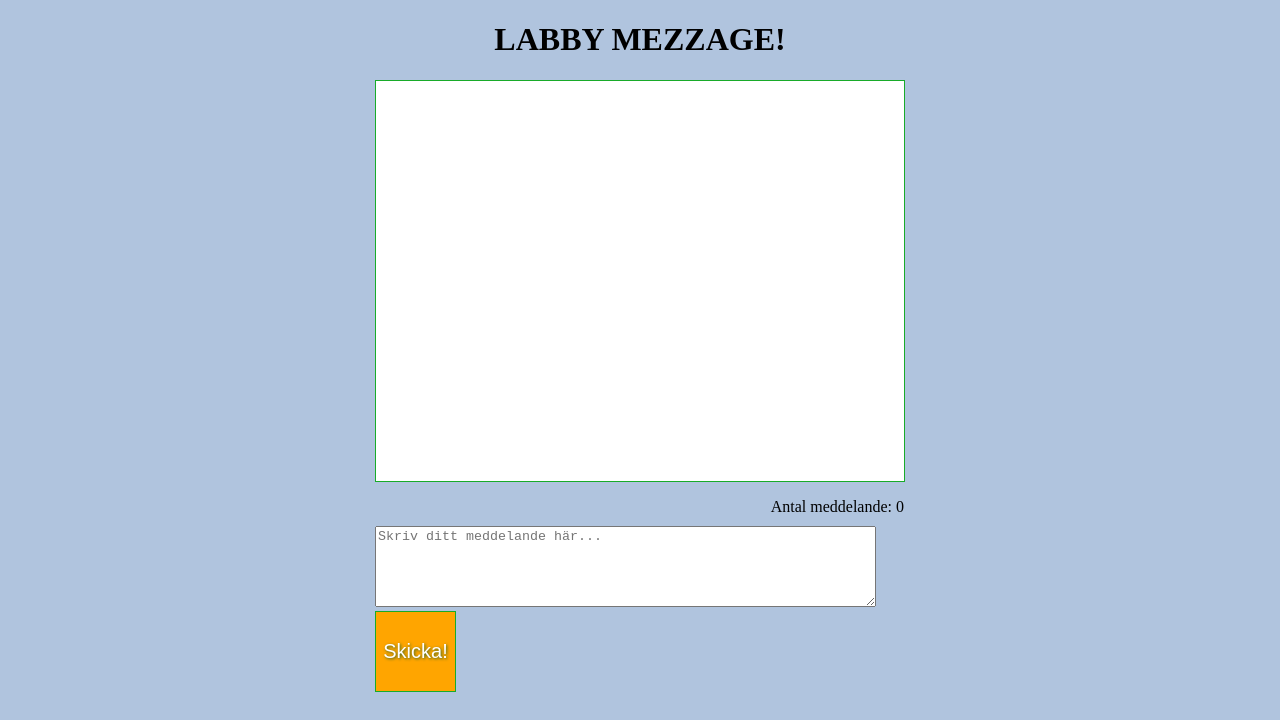
Repository: al223gv/1dv403-al223gv-laborationer
Page: 2-labbymezzage/index.html
The author's editor kept a record of every edit. The page is drawn from the files as they stood at one moment, then again after the next edit.
The browser window is 1280 px wide. The pictures show the whole page.

Above is the page before.

### 2-labbymezzage/index.html
<!DOCTYPE html>
<html lang="sv">
<head>
	<meta charset="UTF-8">
    <title>Labby mezzage</title>
	<link rel="stylesheet" href="css/style.css">
	<script type="text/javascript" src="Message.js"></script>
	<script type="text/javascript" src="MessageBoard.js"></script>
	<script type="text/javascript" src="Javascript.js"></script>
</head>
    <body>
    	<div id="box-container">
    <h1>LABBY MEZZAGE!</h1>
	           <div id="history-box">

	           </div>
	           <p id="uniqueMessage">Antal meddelande: 0</p>

	          <div id="message-box">
    		  <textarea id="text_inlagg" rows="5" cols="60" placeholder="Skriv ditt meddelande här..."></textarea>
		      <input id="button" type="submit" value="Skicka!">
		      </div>
		      </div>
    </body>
</html>

### 2-labbymezzage/css/style.css
body {
    max-width:530px;
    margin:auto;
    background-color: #b0c4de;
}

#Box-container {
    background-color:white;
    width: 700px;
    height: 500px;
    margin:auto;
    margin-top:100px;


}
body h1{
    text-align:center;
}

#history-box{
    background-color:white;
    width:528px;
    height:400px;
    margin-bottom:10px;
    margin-left: auto;
    margin-right: auto;
    border: 1px solid #18ab29;
    overflow-y: scroll;
    overflow-x:hidden;
}
#message-box{
    position:relative;
    display: block;
    height:80px;
    margin-left: auto;
    margin-right: auto;
}

#button {
	vertical-align: top;
	height: 81px;
	width: 81px;
	background-color: orange;
	border: 1px solid #18ab29;
	cursor: pointer;
	color: #ffffff;
	font-family: arial;
	font-size: 20px;
	text-decoration: none;
	text-shadow: 1px 1px 3px #2f6627;
}
#history-box p{
    float:left;
    width:75%;
    border-radius: 15px;
    padding:10px;
    background-color:#7CFC00;
}
#history-box div{
    margin:10px;
}
#history-box img{
    float:left;
    margin-top:15px;
    margin-left:10px;
}
#uniqueMessage{
    width:528px;
    text-align:right;
    margin-bottom:10px;
    margin-left: auto;
    margin-right: auto;
}
.timePara{
    color:gray;
    text-align:;
}

### 2-labbymezzage/Message.js
"use strict";
function Message(message, date){

    this.getText = function(){
        return message;
    };

    this.setText = function(_text){
        message = _text;
    };

    this.getDate = function(){
        return date;
    };
    this.setDate = function(_date){
        date = _date;
    };
    Message.prototype.getClock = function(){
        var h = this.getDate().getHours();
        var m = this.getDate().getMinutes();
        var s = this.getDate().getSeconds();

        if(this.getDate().getHours() < 10){
            h = "0" + this.getDate().getHours();
        }
        else{
            h = this.getDate().getHours();
        }
        if(this.getDate().getMinutes() < 10){
            m = "0" + this.getDate().getMinutes();
        }
        else{
            m = this.getDate().getMinutes();
        }
        if(this.getDate().getSeconds() < 10){
            s = "0" + this.getDate().getSeconds();
        }
        else{
            s = this.getDate().getSeconds();
        }
        return h + ":" + m + ":" + s;
    };

    Message.prototype.toString = function(){
        return this.getText()+"  ("+this.getDate()+")";
    };

    Message.prototype.getHTMLText = function(){
        return this.getText().replace(/[\n\r]/g, "<br>");
    };

    Message.prototype.getDateText = function(){
        var monthNames = [ "January", "February", "March", "April", "May", "June",
    "July", "August", "September", "October", "November", "December" ];

    return "Inlägget skapades den " + this.getDate().getDate() + " " + monthNames[this.getDate().getMonth()] +
        " " + this.getDate().getFullYear() + " klockan " + this.getClock();
    };
}

### 2-labbymezzage/Javascript.js
"use strict";
var Motor = {

    count: 0,

    messages: [],

    init: function(){

        var button = document.querySelector("#button");
        var inlagg = document.querySelector("#text_inlagg");
        var mess;

        button.addEventListener("click", buttonPress, false);

        inlagg.addEventListener("keydown", function(e){
            if(13 == e.keyCode && !e.shiftKey){
                    e.preventDefault();
                    buttonPress();
            }
        }, false);

        function buttonPress(){
            if(inlagg.value !== ""){
            mess = new Message(inlagg.value, new Date());

            Motor.messages.push(mess);

            Motor.renderMessages();
            inlagg.value="";
            }
        }
    },
    renderMessages:function(){
        document.querySelector("#history-box").innerHTML = "";
        for(var i=0; i < Motor.messages.length; i++){
            Motor.renderMessage(i);
        }
        document.getElementById("uniqueMessage").innerHTML = "Antal Medelande "+ i;
    },
    renderMessage: function(MessageID){

            var history = document.querySelector("#history-box");
            var div = document.createElement("div");
            var para = document.createElement("p");
            var image_remove = document.createElement("img");
            var image_time = document.createElement("img");
            var paraTime = document.createElement("div");

            paraTime.classList.add("timePara");
            paraTime.innerHTML = "Klockan: " + Motor.messages[MessageID].getClock();

            image_remove.setAttribute("title", "Radera meddelandet");
            image_time.setAttribute("title", "När postades meddelandet");

            image_remove.src = "css/remove.png";
            image_time.src = "css/time.png";

            para.innerHTML = Motor.messages[MessageID].getHTMLText();


            history.appendChild(div);
            div.appendChild(para);
            div.appendChild(image_time);
            div.appendChild(image_remove);


            image_remove.addEventListener("click", function(){
                if(confirm("Vill du verkligen radera meddelandet?"))
                Motor.messages.splice(MessageID, 1);
                Motor.renderMessages();

            }, false);


            image_time.addEventListener("click", function(){
                alert(Motor.messages[MessageID].getDateText());
            }, false);


    }
};
window.addEventListener("load", Motor.init, false);

Loaded but not shown: 2-labbymezzage/MessageBoard.js (no copy from this time; the picture is the same without it)

After the next edit:
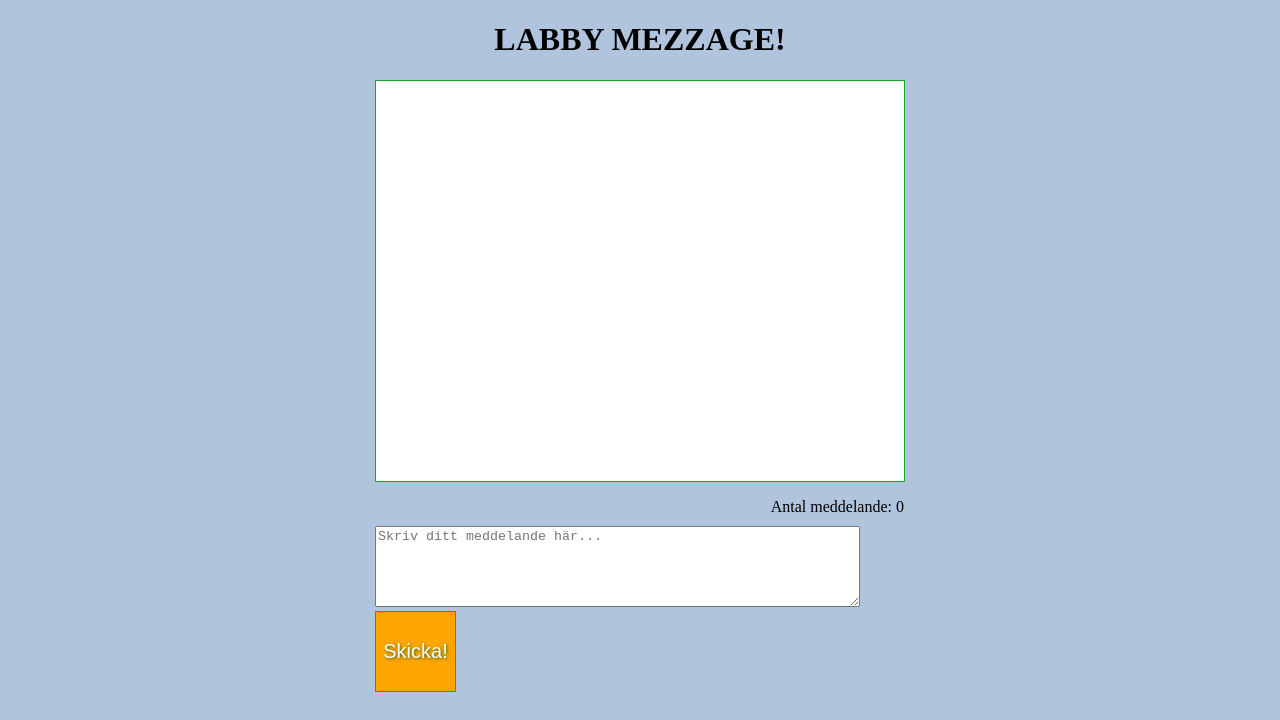
The edit:
--- a/2-labbymezzage/index.html
+++ b/2-labbymezzage/index.html
@@ -1,25 +1,28 @@
 <!DOCTYPE html>
 <html lang="sv">
+
 <head>
 	<meta charset="UTF-8">
-    <title>Labby mezzage</title>
+	<title>Labby mezzage</title>
 	<link rel="stylesheet" href="css/style.css">
 	<script type="text/javascript" src="Message.js"></script>
 	<script type="text/javascript" src="MessageBoard.js"></script>
 	<script type="text/javascript" src="Javascript.js"></script>
 </head>
-    <body>
-    	<div id="box-container">
-    <h1>LABBY MEZZAGE!</h1>
-	           <div id="history-box">
 
-	           </div>
-	           <p id="uniqueMessage">Antal meddelande: 0</p>
+<body>
+	<div id="box-container">
+		<h1>LABBY MEZZAGE!</h1>
+		<div id="history-box">
 
-	          <div id="message-box">
-    		  <textarea id="text_inlagg" rows="5" cols="60" placeholder="Skriv ditt meddelande här..."></textarea>
-		      <input id="button" type="submit" value="Skicka!">
-		      </div>
-		      </div>
-    </body>
+		</div>
+		<p id="uniqueMessage">Antal meddelande: 0</p>
+
+		<div id="message-box">
+			<textarea id="text_inlagg" rows="5" cols="58" placeholder="Skriv ditt meddelande här..."></textarea>
+			<input id="button" type="submit" value="Skicka!">
+		</div>
+	</div>
+</body>
+
 </html>
